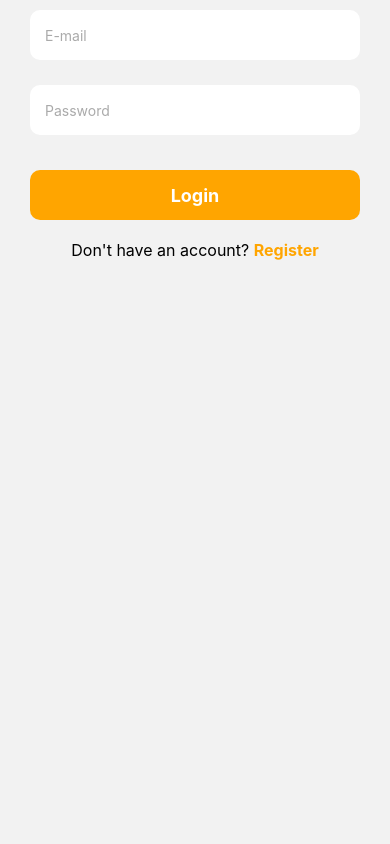
Repository: ds-mbappe/UpShoCal
Screen: /Login
These files come from the project's save history. The screen is drawn as it stood at one moment and after the next save; the edit follows.
The app was drawn by React Native's web renderer in a window 390 px wide. The project was rebuilt for these pictures with package versions that can differ from the ones it lists, and the page was loaded fresh each time. Also part of the build but not shown: data.js, Screens/Home.js, Screens/Product.js, Screens/Registration.js.

Above is the screen before, as saved 2022-06-07 13:21:00.

### App.js
import React, { useEffect, useState } from "react";
import { NavigationContainer } from "@react-navigation/native";
import { createNativeStackNavigator } from "@react-navigation/native-stack";
import { createDrawerNavigator } from "@react-navigation/drawer";
import Home from "./Screens/Home";
import Product from "./Screens/Product";
import Login from "./Screens/Login";
import Registration from "./Screens/Registration";

const Stack = createNativeStackNavigator();
const Drawer = createDrawerNavigator();

const Root = () => {
  return (
    <Stack.Navigator initialRouteName="Home">
      <Stack.Screen
        name="Root"
        component={Home}
        options={{ headerShown: false }}
      />
      <Stack.Screen
        name="Product"
        component={Product}
        options={{ headerShown: false }}
      />
    </Stack.Navigator>
  );
};

export default function App() {
  const [loading, setLoading] = useState(true);

  const [user, setUser] = useState(null);

  return (
    <NavigationContainer>
      <Stack.Navigator>
        {user ? (
          <Stack.Screen
            name="Root"
            component={Root}
            options={{ headerShown: false }}
          />
        ) : (
          <>
            <Stack.Screen
              name="Login"
              component={Login}
              options={{ headerShown: false }}
            />
            <Stack.Screen
              name="Registration"
              component={Registration}
              options={{ headerShown: false }}
            />
          </>
        )}
      </Stack.Navigator>
    </NavigationContainer>
    // <NavigationContainer>
    //   <Drawer.Navigator screenOptions={{ drawerPosition: "right" }}>
    //     <Drawer.Screen
    //       name="Home"
    //       component={Root}
    //       options={{ headerShown: false }}
    //     />
    //   </Drawer.Navigator>
    // </NavigationContainer>
  );
}

### Screens/Login.js
import {
  StyleSheet,
  Text,
  TextInput,
  TouchableOpacity,
  View,
  ScrollView,
} from "react-native";
import React, { useState } from "react";

const Login = ({ navigation }) => {
  const [email, setEmail] = useState("");

  const [password, setPassword] = useState("");

  const onFooterLinkPress = () => {
    navigation.navigate("Registration");
  };

  const onLoginPress = () => {
    console.log("Pressed");
  };

  return (
    <View style={styles.container}>
      <ScrollView style={{ flex: 1, width: "100%" }}>
        <TextInput
          style={styles.input}
          placeholder="E-mail"
          placeholderTextColor="#AAAAAA"
          onChangeText={(text) => setEmail(text)}
          value={email}
          autoCapitalize="none"
        />
        <TextInput
          style={styles.input}
          placeholder="Password"
          placeholderTextColor="#AAAAAA"
          secureTextEntry={true}
          onChangeText={(text) => setPassword(text)}
          value={password}
          autoCapitalize="none"
        />
        <TouchableOpacity style={styles.button} onPress={() => onLoginPress()}>
          <Text style={styles.buttonTitle}>Login</Text>
        </TouchableOpacity>
        <View style={styles.footerView}>
          <Text style={styles.footerText}>
            Don't have an account?{" "}
            <Text style={styles.footerLink} onPress={onFooterLinkPress}>
              Register
            </Text>
          </Text>
        </View>
      </ScrollView>
    </View>
  );
};

export default Login;

const styles = StyleSheet.create({
  container: {
    flex: 1,
    justifyContent: "center",
    alignItems: "center",
  },
  input: {
    height: 50,
    borderRadius: 10,
    overflow: "hidden",
    backgroundColor: "white",
    marginTop: 10,
    marginBottom: 15,
    marginStart: 30,
    marginEnd: 30,
    paddingStart: 15,
  },
  button: {
    backgroundColor: "orange",
    marginStart: 30,
    marginEnd: 30,
    marginTop: 20,
    borderRadius: 10,
    height: 50,
    justifyContent: "center",
    alignItems: "center",
  },
  buttonTitle: {
    color: "white",
    fontSize: 18,
    fontWeight: "bold",
  },
  footerView: {
    flex: 1,
    justifyContent: "center",
    alignItems: "center",
    marginTop: 20,
  },
  footerText: {
    fontSize: 16,
    color: "black",
  },
  footerLink: {
    color: "orange",
    fontWeight: "bold",
    fontSize: 16,
  },
});

After the next save:
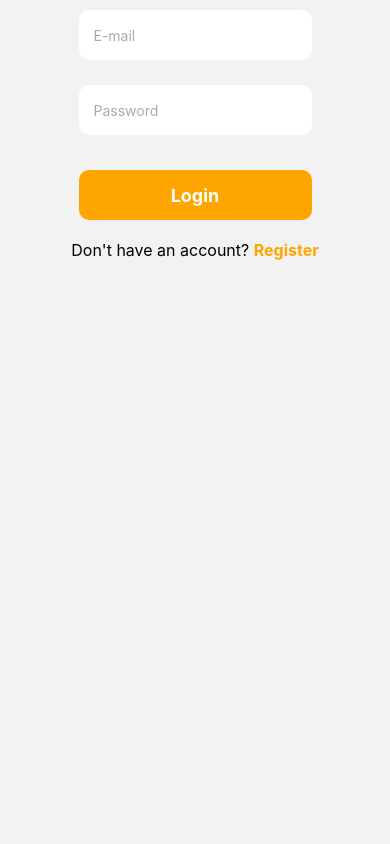
Saved 14 s later.
--- a/Screens/Login.js
+++ b/Screens/Login.js
@@ -23,7 +23,7 @@
 
   return (
     <View style={styles.container}>
-      <ScrollView style={{ flex: 1, width: "100%" }}>
+      <ScrollView>
         <TextInput
           style={styles.input}
           placeholder="E-mail"

After the save that followed:
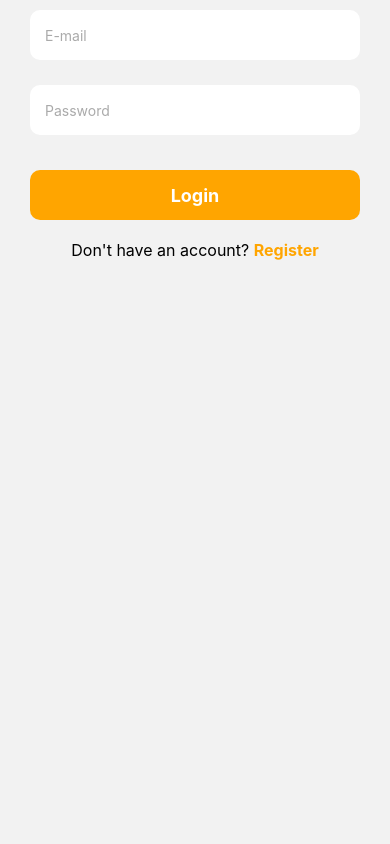
Saved 4 s later.
--- a/Screens/Login.js
+++ b/Screens/Login.js
@@ -23,7 +23,7 @@
 
   return (
     <View style={styles.container}>
-      <ScrollView>
+      <ScrollView style={{ flex: 1, width: "100%" }}>
         <TextInput
           style={styles.input}
           placeholder="E-mail"
